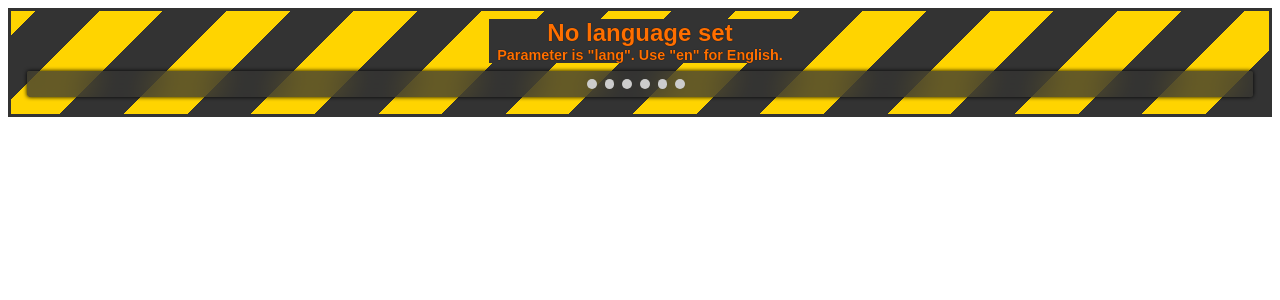
Repository: cirisus/ArknighTimer
Page: timer.html
An editor plug-in stored every save of this project. The page is shown before and after the next save, followed by the edit.
The browser window is 1280 px wide. The pictures show the whole page.
Some web fonts or font styles are not loaded; a fallback is used.

Above is the page before, as saved 2024-03-09 14:10:02.

### timer.html
<!DOCTYPE html>
<html>
  <head>
    <meta charset="UTF-8">
    <meta name="description" content="明日方舟同人中文站计时器本体">
    <meta name="keywords" content="arknights,wiki,timer">
    <link rel="stylesheet" href="/ArknighTimer/timer.css">
    <script src="/ArknighTimer/timer.js"></script>
    <title>计时器初始化中……</title>
  </head>

  <body>
    <noscript>This application requires Javascript to function.</noscript>

    <div id="timer">
      <div id="stuff">
      <h2 id="title"></h2>

      <div id="clock">
        <div id="years-div" class="unit">
          <span id="years" class="unit-value"></span>
          <span id="years-label" class="unit-label"></span>
        </div>

        <div id="months-div" class="unit">
          <span id="months" class="unit-value"></span>
          <span id="months-label" class="unit-label"></span>
        </div>

        <div id="days-div" class="unit">
          <span id="days" class="unit-value"></span>
          <span id="days-label" class="unit-label"></span>
        </div>

        <div id="hours-div" class="unit">
          <span id="hours" class="unit-value"></span>
          <span id="hours-label" class="unit-label"></span>
        </div>

        <div id="minutes-div" class="unit">
          <span id="minutes" class="unit-value"></span>
          <span id="minutes-label" class="unit-label"></span>
        </div>

        <div id="seconds-div" class="unit">
          <span id="seconds" class="unit-value"></span>
          <span id="seconds-label" class="unit-label"></span>
        </div>
        </div>
      </div>
    </div>
  </body>
</html>

### timer.css
@import url('https://fonts.googleapis.com/css2?family=Barlow+Condensed:ital,wght@0,100;0,200;0,300;0,400;0,500;0,600;0,700;0,800;0,900;1,100;1,200;1,300;1,400;1,500;1,600;1,700;1,800;1,900&display=swap');
@font-face {
  font-family: Glow Sans SC_Condensed;
  src: url(https://cdn.jsdelivr.net/gh/cirisus/ArknighTimer/GlowSans/GlowSansSC-Condensed-Medium.woff2);
  font-weight: normal;
  font-style: normal;
}
:root {
  --secondary-accent: 255, 212, 0;
  --scale-2: 51,51,51;
}
body {
  font-family: 'Glow Sans SC_Condensed',Arial, sans-serif;
  text-shadow: 0 0 1px black;
}
#timer {
  display: grid;
  grid-auto-columns: 1fr;
  grid-auto-rows: 1fr;
  grid-template-columns: 1fr;
  grid-template-rows: min-content 1fr;
  gap: 1px 1px;
  grid-template-areas:
    "title"
    "countdown";

  padding: 0.5rem;
  border: 3px solid rgb(var(--scale-2));
  background: repeating-linear-gradient(-45deg, rgb(var(--scale-2)), rgb(var(--scale-2)) 45px, rgb(var(--secondary-accent)) 0, rgb(var(--secondary-accent)) 90px);
}
#title {
  grid-area: title;
  text-align: center;
  margin-block-start: 0;
  margin-block-end: 0;
  background: rgb(var(--scale-2));
  width: fit-content;
  padding: 0 .5rem;
  margin: auto;
}
/*
h2#title:after {
  content: '';
  height: 47px;
  width: 2rem;
  position: absolute;
  transform: translateX(8px);
  background: #333;
  -webkit-clip-path: polygon(60% 0, 100% 50%, 60% 100%, 0 100%, 0 0);
  clip-path: polygon(60% 0, 100% 50%, 60% 100%, 0 100%, 0 0);
}
*/
#clock {
  display: flex;
  justify-content: center;
  align-items: center;
  grid-area: countdown;
  color: #f3f2ec;
  background-color: rgb(var(--scale-2),.75);
  -webkit-backdrop-filter: blur(1rem);
  backdrop-filter: blur(1rem);
  text-align: center;
  border-radius: 0.15em;
  margin: .5em;
  box-shadow: 0 0 4px black
}

.unit {
  display: inline-flex;
  margin: 0.5em 0;
  justify-content: center;
  align-items: center;
}

.unit-value {
  font-family: "Barlow Condensed", sans-serif;
  font-size: 2em;
  color: #333;
  background-color: #ccc;
  border-radius: 0.25em;
  padding: 0.15em;
}

.unit-label {
  font-size: 1.5em;
  padding: 0 .25rem;
}

/* Basic utility classes */
.hidden {
  display: none;
}

.error {
  color: rgb(255, 111, 0);
}
.error-secondary {
  font-size: 0.6em;
}
.progress {
  color: #f3f2ec;
}

.finished {
  color: #fff28e;
}

### timer.js
// Constants
var SECONDS_MS = 1000;
var MINUTES_MS = SECONDS_MS * 60;
var HOURS_MS = MINUTES_MS * 60;
var DAYS_MS = HOURS_MS * 24;

var SECONDS_ENUM = 0;
var MINUTES_ENUM = 1;
var HOURS_ENUM = 2;
var DAYS_ENUM = 3;
var MONTHS_ENUM = 4;
var YEARS_ENUM = 5;

// Initialization errors are only in English unfortunately.
function setError(primary, secondary = null) {
  var titleElement = document.getElementById('title');
  titleElement.classList.add('error');
  titleElement.innerText = primary;

  var clockElement = document.getElementById('clock');
  clockElement.classList.add('hidden');

  if (secondary) {
    var messageElement = document.createElement('div');
    messageElement.classList.add('error-secondary');
    messageElement.innerText = secondary;
    titleElement.appendChild(messageElement);
  }
}

// Localization
function getMessage(language, messageKey) {
  var translations = {
    // English
    'en': {
      'timer-description': 'Timer expiring at',
      'timer-progress': 'This timer will expire in',
      'timer-finished': 'This timer has been expired since',
      'years': 'years',
      'months': 'months',
      'days': 'days',
      'hours': 'hours',
      'minutes': 'minutes',
      'seconds': 'seconds',
    },

    // French
    'fr': {
      'timer-description': 'Fin du compte à rebours à',
      'timer-progress': 'Ce compte à rebours se terminera dans',
      'timer-finished': 'Ce compte à rebous est terminé depuis',
      'years': 'ans',
      'months': 'mois',
      'days': 'jours',
      'hours': 'heures',
      'minutes': 'minutes',
      'seconds': 'secondes',
    },

    // Pig Latin
    'pig': {
      'timer-description': 'Imertay expiringyay atyay',
      'timer-progress': 'Isthay imertay illway expireyay inyay',
      'timer-finished': 'Isthay imertay ashay eenbay expiredyay incesay',
      'years': 'earsyay',
      'months': 'onthsmay',
      'days': 'aysday',
      'hours': 'ourshay',
      'minutes': 'inutesmay',
      'seconds': 'econdssay',
    },

    // Spanish
    'es': {
      'timer-description': 'El temporizador finaliza en',
      'timer-progress': 'El temporizador finalizará en',
      'timer-finished': 'El temporizador ha finalizado desde hace',
      'years': 'años',
      'months': 'meses',
      'days': 'días',
      'hours': 'horas',
      'minutes': 'minutos',
      'seconds': 'segundos',
    },

    // Vietnamese
    'vi': {
      'timer-description': 'Đồng hồ kết thúc vào',
      'timer-progress': 'Đồng hồ sẽ kết thúc trong',
      'timer-finished': 'Đồng hồ này đã kết thúc kể từ',
      'years': 'năm',
      'months': 'tháng',
      'days': 'ngày',
      'hours': 'giờ',
      'minutes': 'phút',
      'seconds': 'giây',
    },

    // Simplified Chinese
    'cn': {
      'timer-description': '此计时器将过期于：',
      'timer-progress': '此计时器将过期于：',
      'timer-finished': '此计时器已过期：',
      'years': '年',
      'months': '月',
      'days': '日',
      'hours': '时',
      'minutes': '分',
      'seconds': '秒',
    },
  };

  // Special case:
  // The 'test' language just echoes the message key back out.
  if (language === 'test') {
    return messageKey;
  }

  // Get message based on language
  var messages = translations[language];
  if (!messages) {
    setError('暂无此语言的计时器 ' + language);
    return null;
  }

  var message = messages[messageKey];
  if (!message) {
    setError('无效的参数' + messageKey);
    return null;
  }

  return message;
}

function insertCSS(styling) {
  var head = document.head || document.getElementsByTagName('head')[0];
  var style = document.createElement('style');

  style.type = 'text/css';
  style.appendChild(document.createTextNode(styling));
  head.appendChild(style);
}

function getDaysInFebruary(startYear) {
  return (startYear % 4 === 0 && startYear % 100 !== 0)
    || startYear % 400 === 0 ? 29 : 28;
}

function elapsedData(targetTime) {
  var now = new Date();
  var elapsed = now - targetTime;

  if (elapsed >= 0) {
    // Date is in the past
    return {
      elapsed: elapsed,
      finished: true,
      startTime: targetTime,
      endTime: now,
    };
  } else {
    // Date is in the future
    return {
      elapsed: -elapsed,
      finished: false,
      startTime: now,
      endTime: targetTime,
    };
  }
}

// Based on https://stackoverflow.com/a/49201872
// Calculate differences greater than a day.
function dateDiff(startDate, endDate) {
  // Trim sub-day differences to avoid 0.8 days from rounding up.
  var diff = endDate - startDate;
  diff -= Math.floor(diff % DAYS_MS);
  endDate = new Date(startDate.getTime() + diff);

  // Get month data
  var february = getDaysInFebruary(startDate.getFullYear());
  var daysInMonth = [31, february, 31, 30, 31, 30, 31, 31, 30, 31, 30, 31];

  var yearDiff = endDate.getFullYear() - startDate.getFullYear();
  var monthDiff = endDate.getMonth() - startDate.getMonth();
  if (monthDiff < 0) {
    yearDiff--;
    monthDiff += 12;
  }

  var dayDiff = endDate.getDate() - startDate.getDate();
  if (dayDiff < 0) {
    if (monthDiff > 0) {
      monthDiff--;
    } else {
      yearDiff--;
      monthDiff = 11;
    }

    dayDiff += daysInMonth[startDate.getMonth()];
  }

  return {
    years: yearDiff,
    months: monthDiff,
    days: dayDiff,
  };
}

// Calculate difference in time, in all units
function timeRemaining(targetTime) {
  var data = elapsedData(targetTime);

  // Differences > 1 day
  var dateDiffs = dateDiff(data.startTime, data.endTime);
  var years = dateDiffs.years;
  var months = dateDiffs.months;
  var days = dateDiffs.days;

  // Differences < 1 day
  var elapsed = Math.floor(data.elapsed % DAYS_MS);

  var hours = Math.floor(elapsed / HOURS_MS);
  elapsed = Math.floor(elapsed % HOURS_MS);

  var minutes = Math.floor(elapsed / MINUTES_MS);
  elapsed = Math.floor(elapsed % MINUTES_MS);

  var seconds = Math.floor(elapsed / SECONDS_MS);
  elapsed = Math.floor(elapsed % MINUTES_MS);

  // Get highest unit present
  var highest;
  if (years > 0) {
    highest = YEARS_ENUM;
  } else if (months > 0) {
    highest = MONTHS_ENUM;
  } else if (days > 0) {
    highest = DAYS_ENUM;
  } else if (hours > 0) {
    highest = HOURS_ENUM;
  } else if (minutes > 0) {
    highest = MINUTES_ENUM;
  } else {
    highest = SECONDS_ENUM;
  }

  return {
    years: years,
    months: months,
    days: days,
    hours: hours,
    minutes: minutes,
    seconds: seconds,
    finished: data.finished,
    highest: highest,
  };
}

function setTimerField(language, field, value) {
  var visible = value !== null;

  if (visible) {
    document.getElementById(field).innerText = value;
  }

  setTimerFieldVisibility(field, visible);
}

function setTimerFieldVisibility(field, visible) {
  var element = document.getElementById(field + '-div');

  if (visible) {
    element.classList.remove('hidden');
  } else {
    element.classList.add('hidden');
  }
}

function createTimer(language, targetTime, progressMessage, finishedMessage) {
  progressMessage = progressMessage || getMessage(language, 'timer-progress');
  finishedMessage = finishedMessage || getMessage(language, 'timer-finished');

  // Update routine, to invoke every second
  var timerFields = [
    ['years', YEARS_ENUM, 1],
    ['months', MONTHS_ENUM, 1],
    ['days', DAYS_ENUM, 1],
    ['hours', HOURS_ENUM, 2],
    ['minutes', MINUTES_ENUM, 2],
    ['seconds', SECONDS_ENUM, 2],
  ];

  // Initial application of field labels
  for (var i = 0; i < timerFields.length; i++) {
    var field = timerFields[i][0];
    document.getElementById(field + '-label').innerText = getMessage(language, field);
  }

  function updateTimer() {
    var remaining = timeRemaining(targetTime);

    // Set title message
    var titleElement = document.getElementById('title');

    if (remaining.finished) {
      titleElement.innerText = finishedMessage;
      titleElement.classList = ['finished'];
    } else {
      titleElement.innerText = progressMessage;
      titleElement.classList = ['progress'];
    }

    // Set individual timer fields
    for (var i = 0; i < timerFields.length; i++) {
      var field = timerFields[i][0];
      var fieldEnum = timerFields[i][1];
      var padWidth = timerFields[i][2];

      // If the value is to be shown, then display it.
      // Ensure digits are padded to the appropriate width.
      var value = remaining.highest >= fieldEnum
        ? String(remaining[field]).padStart(padWidth, '0')
        : null;

      setTimerField(language, field, value);
    }
  }

  // Set title.
  // Since this is meant to be used as an iframe, setting it every tick is pointless.
  document.title = getMessage(language, 'timer-description') + ' ' + targetTime;

  // Configure timer to run regularly.
  updateTimer();
  setInterval(updateTimer, 1000);
}

function setup() {
  // Get parameters
  var url = new URL(window.location.href);
  var parameters = new URLSearchParams(url.search);
  var language = parameters.get('lang');
  var timestamp = parameters.get('time');
  var progressMessage = parameters.get('progress');
  var finishedMessage = parameters.get('finished');
  var styling = parameters.get('style'); // allows custom CSS to be injected

  // Check parameters
  if (!language) {
    setError('No language set', 'Parameter is "lang". Use "en" for English.');
    return;
  }

  if (!timestamp) {
    setError('No timestamp set', 'Parameter is "time". You can use a UNIX timestamp or an ISO string.');
    return;
  }

  var targetTime;
  if (/^\d+(\.\d+)?$/.exec(timestamp)) {
    targetTime = new Date(parseFloat(timestamp) * 1000);
  } else {
    targetTime = new Date(timestamp);
    if (isNaN(targetTime)) {
      setError('Invalid timestamp', timestamp);
      return;
    }
  }

  // Insert custom CSS, if any
  if (styling !== null) {
    insertCSS(styling);
  }

  // Initialize clock
  createTimer(language, targetTime, progressMessage, finishedMessage);
}

setTimeout(setup, 5);

After the next save:
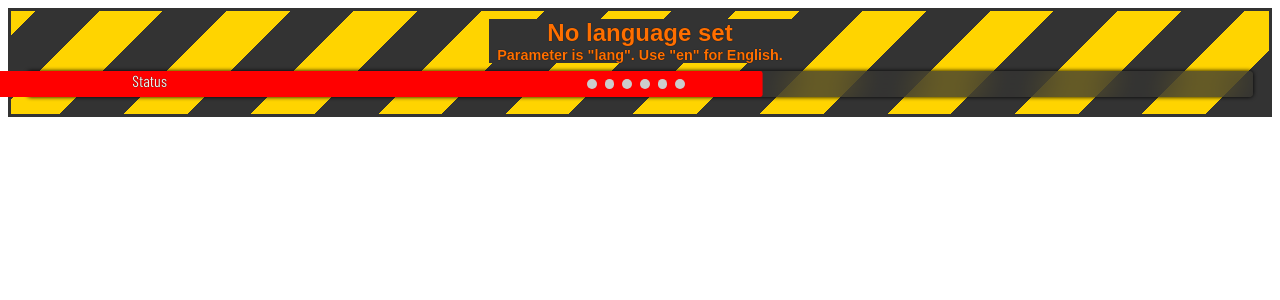
Saved 3 min 36 s later.
--- a/timer.css
+++ b/timer.css
@@ -54,15 +54,31 @@
   display: flex;
   justify-content: center;
   align-items: center;
+  flex-wrap: wrap;
   grid-area: countdown;
   color: #f3f2ec;
-  background-color: rgb(var(--scale-2),.75);
+  background-color: rgb(var(--scale-2), .75);
   -webkit-backdrop-filter: blur(1rem);
   backdrop-filter: blur(1rem);
   text-align: center;
-  border-radius: 0.15em;
+  border-radius: 0.25em;
   margin: .5em;
-  box-shadow: 0 0 4px black
+  padding: 0 .25rem;
+  box-shadow: 0 0 4px black;
+  box-sizing: border-box;
+  &::before {
+    content: 'Status';
+    font-family: "Barlow Condensed", sans-serif;
+    position: absolute;
+    top: 0;
+    left: 0;
+    width: 100%;
+    height: 100%;
+    border-radius: 0.15em;
+    background-color: #f00;
+    z-index: -1;
+    transform: translateX(-40%);
+  }
 }
 
 .unit {
